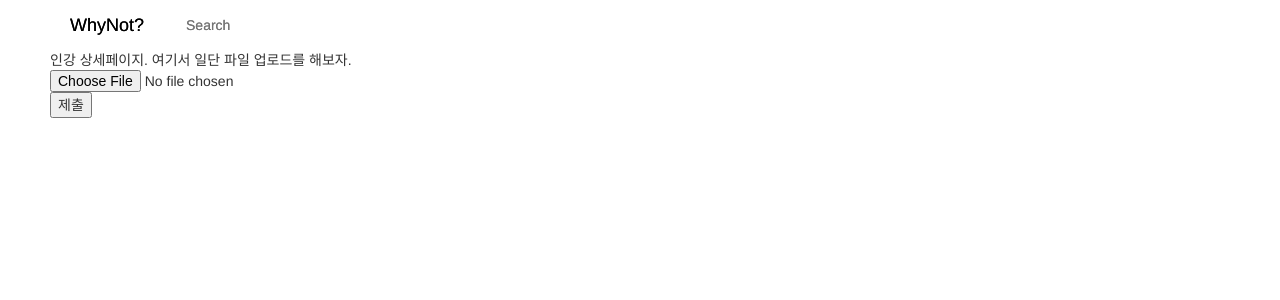
Repository: mychum1/kks
Page: http://localhost/WhyNot/cont_detail.content
The author's editor kept a copy of each file at every save. The page is drawn from the files as they stood at one save, then again after the next save.
The browser window is 1280 px wide. The pictures show the whole page.
The page is served by Tomcat 9. Other server files are loaded and not shown.

Above is the page before, as saved 2016-09-15 07:44:15.

### WhyNot/WebContent/WEB-INF/content-servlet.xml
<?xml version="1.0" encoding="UTF-8"?>
<beans xmlns="http://www.springframework.org/schema/beans"
	xmlns:xsi="http://www.w3.org/2001/XMLSchema-instance"
	xsi:schemaLocation="http://www.springframework.org/schema/beans http://www.springframework.org/schema/beans/spring-beans.xsd">
	<!-- 컨텐츠 관련 서블릿  -->
	<bean id="onlineContentDAO" class="onlinecontent.model.OnlineContentDAOImpl">
	</bean>
	<bean id="onlineCurriculumDAO" class="onlinecurriculum.model.OnlineCurriculumDAOImpl">
	</bean>

	<bean class="controller.ContentController">
		<property name="onlineContentDAO" ref="onlineContentDAO"></property>
		<property name="onlineCurriculumDAO" ref="onlineCurriculumDAO"></property>
	</bean>
</beans>

### WhyNot/WebContent/content/online/cont_detailForm.jsp
<%@ page language="java" contentType="text/html; charset=UTF-8"
	pageEncoding="UTF-8"%>
<%@ include file="../../top.jsp"%>
<!-- css 는 밑에 링크 파일에!! -->
<link href="css/usercont_detail.min.css" rel="stylesheet">
<!-- 경숙이 파트 (인강 상세보기) -->
<!-- 상단 메뉴바가 css로 인해서 윗부분이 겹쳐서 div로  style="padding: px" 줌 -->
<div style="padding:50px">
인강 상세페이지. 여기서 일단 파일 업로드를 해보자.
<form name="f" action="insertMovie." method="post" enctype="multipart/form-data" onsubmit="return writeChk()">
	<input type="file" name="filename" size="15"/>
	<input type="submit" name="submit" value="제출"/>
</form>
</div>
<%@ include file="../../top.jsp"%>

### WhyNot/WebContent/top.jsp
<%@ page language="java" contentType="text/html; charset=UTF-8"
    pageEncoding="UTF-8"%>
<!DOCTYPE html>
<html lang="ko">
<head>
<meta charset="utf-8">
<meta http-equiv="X-UA-Compatible" content="IE=edge">
<meta name="viewport" content="width=device-width, initial-scale=1">
<meta name="description" content="">
<meta name="author" content="">

<!-- Bootstrap Core CSS -->
<link href="css/bootstrap.min.css" rel="stylesheet">

<!-- Custom CSS -->
<link href="css/modern-business.css" rel="stylesheet">

<!-- user CSS -->
<link href="css/usermain.min.css" rel="stylesheet">

<!-- new-age CSS -->
<!-- <link href="css/new-age.min.css" rel="stylesheet"> -->

<!-- Custom Fonts -->
<link href="font-awesome/css/font-awesome.min.css" rel="stylesheet"
   type="text/css">

<link rel="stylesheet" type="text/css" href="css/login.css" />



<!-- IE8 에서 HTML5 요소와 미디어 쿼리를 위한 HTML5 shim 와 Respond.js -->
<!-- WARNING: Respond.js 는 당신이 file:// 을 통해 페이지를 볼 때는 동작하지 않습니다. -->
<!--[if lt IE 9]>
      <script src="https://oss.maxcdn.com/html5shiv/3.7.2/html5shiv.min.js"></script>
      <script src="https://oss.maxcdn.com/respond/1.4.2/respond.min.js"></script>
    <![endif]-->
<title>재능 교육 사이트 - WhyNot?</title>
</head>
<body>
   <!-- 상단 메뉴바 -->
   <nav id="mainNav" class="navbar navbar-default navbar-fixed-top">
      <div class="container">
         <!-- Brand and toggle get grouped for better mobile display -->
         <div class="navbar-header">
            <!-- 모바일 화면시 메뉴 버튼 -->
            <button type="button" class="navbar-toggle collapsed"
               data-toggle="collapse" data-target="#bs-example-navbar-collapse-1">
               <span class="sr-only">Toggle navigation</span> <span
                  class="icon-bar"></span> <span class="icon-bar"></span> <span
                  class="icon-bar"></span>
            </button>

            <!-- 좌측상단 팀명 -->
            <a class="navbar-brand" id="logo" href="main.app">WhyNot?</a>

            <!-- 모바일 화면시 검색버튼 -->
            <button type="button" class="navbar-search" data-toggle="collapse"
               data-target="#search-btn">검색</button>

            <!-- 검색 입력창 -->
            <form class="navbar-form navbar-left" role="search">
               <input type="text" class="form-control-search" placeholder="Search"
                  id="search-btn">
               <!-- <button type="submit" class="btn btn-default">Submit</button> -->
            </form>
         </div>

         <!-- 우측 상단 메뉴 -->
         <div class="collapse navbar-collapse"
            id="bs-example-navbar-collapse-1">
            <ul class="nav navbar-nav navbar-right">
               <li style="padding-top:8px">
                  <a href="login/login.jsp" type="button" id="login"
                     data-toggle="modal"
                     data-target=".bs-example-modal-sm" style="padding-top:8px; border:0; background-color: transparent;">Login</a>
               </li>


               <li><a href="insert.member" id="singup">Singup</a></li>

            </ul>
         </div>
         <!-- /.navbar-collapse -->
      </div>
      <!-- /.container-fluid -->
   </nav>
   <!-- 상단 메뉴바 끝 -->

   <!-- 로그인 - 모달 속성  -->
   <div class="modal fade bs-example-modal-sm" tabindex="-1" role="dialog"
      aria-labelledby="mySmallModalLabel" aria-hidden="true">
      <div class="modal-dialog modal-sm">
         <div class="modal-content">...</div>
      </div>
   </div>

### WhyNot/src/onlinecontent/model/OnlineContentDAO.java
package onlinecontent.model;

import java.util.List;

import member.model.MemberDBBean;


public interface OnlineContentDAO {

	//---- User ---------
	public OnlineContentDBBean getContent(int num); //인강(학교) - 상세보기
	public List<OnlineContentDBBean> listOnlineContent(); //인강(학교) - 전체
	public void insertContent(OnlineContentDBBean dto ,int num); //인강(학교) - 등록
	public void updateContent(OnlineContentDBBean dto ,int num); //인강(학교) - 수정

	//---- 관리자 ---------
	public void sanctionsContent(OnlineContentDBBean dto,int num);//인강(학교) - 제재
	public void deleteContent(OnlineContentDBBean dto ,int num); //인강(학교) - 삭제

}

### WhyNot/src/onlinecontent/model/OnlineContentDAOImpl.java
package onlinecontent.model;

import java.util.List;

public class OnlineContentDAOImpl implements OnlineContentDAO {

	@Override
	public OnlineContentDBBean getContent(int num) {
		// TODO Auto-generated method stub
		return null;
	}

	@Override
	public List<OnlineContentDBBean> listOnlineContent() {
		// TODO Auto-generated method stub
		return null;
	}

	@Override
	public void insertContent(OnlineContentDBBean dto, int num) {
		// TODO Auto-generated method stub

	}

	@Override
	public void updateContent(OnlineContentDBBean dto, int num) {
		// TODO Auto-generated method stub

	}

	@Override
	public void sanctionsContent(OnlineContentDBBean dto, int num) {
		// TODO Auto-generated method stub

	}

	@Override
	public void deleteContent(OnlineContentDBBean dto, int num) {
		// TODO Auto-generated method stub

	}


}

### WhyNot/src/onlinecurriculum/model/OnlineCurriculumDAO.java
package onlinecurriculum.model;

import java.util.List;

public interface OnlineCurriculumDAO {
	public OnlineCurriculumDBBean getCurriculum(int num); //강의실
	public List<OnlineCurriculumDAO> listCurriculum(); //켄텐츠 상세page에서 커리큘럼 목록
	public void insertCurriculum(OnlineCurriculumDBBean dto ,int num); //등록
	public void updateCurriculum(OnlineCurriculumDBBean dto ,int num); //수정
	public void deleteCurriculum(OnlineCurriculumDBBean dto ,int num); //삭제
}

### WhyNot/src/onlinecurriculum/model/OnlineCurriculumDAOImpl.java
package onlinecurriculum.model;

import java.util.List;

public class OnlineCurriculumDAOImpl implements OnlineCurriculumDAO {

	@Override
	public OnlineCurriculumDBBean getCurriculum(int num) {
		// TODO Auto-generated method stub
		return null;
	}

	@Override
	public List<OnlineCurriculumDAO> listCurriculum() {
		// TODO Auto-generated method stub
		return null;
	}

	@Override
	public void insertCurriculum(OnlineCurriculumDBBean dto, int num) {
		// TODO Auto-generated method stub

	}

	@Override
	public void updateCurriculum(OnlineCurriculumDBBean dto, int num) {
		// TODO Auto-generated method stub

	}

	@Override
	public void deleteCurriculum(OnlineCurriculumDBBean dto, int num) {
		// TODO Auto-generated method stub

	}

}

### WhyNot/src/controller/ContentController.java
package controller;

import java.io.IOException;
import java.io.DataOutputStream;
import java.io.File;
import java.io.FileInputStream;
import java.io.InputStream;
import java.io.OutputStream;
import java.util.HashMap;
import java.util.Iterator;
import java.util.List;
import java.util.Map;
import javax.servlet.http.HttpServletRequest;
import javax.servlet.http.HttpServletResponse;
import java.net.Socket;
import org.springframework.stereotype.Controller;
import org.springframework.web.bind.ServletRequestUtils;
import org.springframework.web.bind.annotation.RequestMapping;

import org.springframework.web.servlet.ModelAndView;

import onlinecontent.model.OnlineContentDAO;
import onlinecontent.model.OnlineContentDAOImpl;
import onlinecontent.model.OnlineContentDBBean;
import onlinecurriculum.model.OnlineCurriculumDAO;

import org.apache.commons.fileupload.FileItem;
import org.apache.commons.fileupload.FileUploadException;
import org.apache.commons.fileupload.disk.DiskFileItemFactory;
import org.apache.commons.fileupload.servlet.ServletFileUpload;

@Controller
public class ContentController {

	private OnlineContentDAO onlineContentDAO;
	private OnlineCurriculumDAO onlineCurriculumDAO;


	public void setOnlineContentDAO(OnlineContentDAO onlineContentDAO) {
		this.onlineContentDAO = onlineContentDAO;
	}

	public void setOnlineCurriculumDAO(OnlineCurriculumDAO onlineCurriculumDAO) {
		this.onlineCurriculumDAO = onlineCurriculumDAO;
	}

	// --------------  컨텐츠  -----------------------------------

	@RequestMapping(value = "/list.content")
	public ModelAndView listContent(HttpServletRequest arg0, HttpServletResponse arg1) throws Exception {
		System.out.println("ContentController_listContent() 실행");
		return new ModelAndView("content/contentList.jsp");

	}

	@RequestMapping(value = "/cont_insert.content") // 인강등록Form(학교)
	public ModelAndView insertFormContent(HttpServletRequest arg0, HttpServletResponse arg1) throws Exception {
		System.out.println("ContentController_insertFormContent() 실행");
		return new ModelAndView("content/online/cont_insertForm.jsp");

	}

	@RequestMapping(value = "/cont_insertPro.content") // 인강등록Pro(학교)
	public ModelAndView insertProContent(HttpServletRequest arg0, HttpServletResponse arg1) throws Exception {
		System.out.println("ContentController_insertProContent() 실행");
		return new ModelAndView("content/contentList.jsp"); //나중에 마이페이지로???

	}

	@RequestMapping(value = "/insert.video")
	public ModelAndView insertVideo(HttpServletRequest arg0, HttpServletResponse arg1) throws Exception {

	boolean isMultipart = ServletFileUpload.isMultipartContent(arg0);

		if( isMultipart ) {
			System.out.println("isMultipart if문 진입");
			OnlineContentDBBean dto = new OnlineContentDBBean();
		    File temporaryDir = new File("/video");
		    DiskFileItemFactory factory = new DiskFileItemFactory();
		    System.out.println("factory 생성성공");
		    factory.setSizeThreshold(1 * 1024 * 1024);
		    factory.setRepository(temporaryDir);
		    ServletFileUpload upload = new ServletFileUpload(factory);
		    System.out.println("ServletFileUpload 생성성공");
		    upload.setSizeMax(2 * 1024 * 1024 * 1024);
		    System.out.println("upload.getFileSizeMax()"+upload.getFileSizeMax());
		    System.out.println("upload.getSizeMax()"+upload.getSizeMax());
		    List items = null;
		    try {
		        items = upload.parseRequest(arg0);
		        System.out.println("items받아오기 성공");
		    } catch (FileUploadException fe){
		        System.out.println(fe);
		    }
		    if(items!=null){
		    	System.out.println("items!=null 진입성공");
		        Iterator it = items.iterator();
		        while (it.hasNext()) {
		            FileItem fileItem = (FileItem) it.next();


		                //파일 업로드 처리
		                try{
		                	String fileName = fileItem.getName();
		                	long fileSize = fileItem.getSize()/1024 + (fileItem.getSize()%1024>0?1:0);
		                    File uploadedFile = new File(fileName);
		                    Socket client = new Socket("127.0.0.1", 12345);
		                    System.out.println("서버접속성공!!");
		                    InputStream is = fileItem.getInputStream();
		                    OutputStream os = client.getOutputStream();
		                    DataOutputStream dout = new DataOutputStream(os);

	                    	dout.writeLong(fileSize);
	                    	dout.writeUTF(fileName);
	                    	byte[] buffer = new byte[1024];

	                    	int len;
	                    	System.out.println("파일전송중..");
	                    	for(;fileSize>0;fileSize--) {
		                    	len = is.read(buffer);
		                    	os.write(buffer, 0, len);
	                    	}
	                    	System.out.println("파일전송완료!!");
		                } catch(Exception e){
		                    System.out.println(e);
		                }

		        }
		    }
		    //new OnlineContentDAOImpl.insertBoard(dto);
		}
		//return new ModelAndView("redirect:board_list.do");

		return new ModelAndView("content/online/cont_detailForm.jsp");
	}
//cont_detail.content
	@RequestMapping(value = "/cont_detail.content") // 인강 상세보기
	public ModelAndView detailContent(HttpServletRequest arg0, HttpServletResponse arg1) throws Exception {
		System.out.println("ContentController_detailContent() 실행");
		//여기



		return new ModelAndView("content/online/cont_detailForm.jsp");

	}

	// --------------  커리큘럼 -----------------------------------

	@RequestMapping(value = "/curri_insert.content") // 커리큘럼 등록
	public ModelAndView insertFormCurri(HttpServletRequest arg0, HttpServletResponse arg1) throws Exception {
		System.out.println("ContentController_insertFormCurri() 실행");
		return new ModelAndView("content/online/cont_insertForm.jsp");

	}

	@RequestMapping(value = "/curri_insertPro.content") // 커리큘럼 등록Pro
	public ModelAndView insertProCurri(HttpServletRequest arg0, HttpServletResponse arg1) throws Exception {
		System.out.println("ContentController_insertProCurri() 실행");
		return new ModelAndView("content/contentList.jsp"); //나중에 자신이 올린 강좌(학교) 상세페이지로 수정

	}

	@RequestMapping(value = "/curri_detail.content") // 강의실Form
	public ModelAndView detailCurri(HttpServletRequest arg0, HttpServletResponse arg1) throws Exception {
		System.out.println("ContentController_detailCurri() 실행");
		return new ModelAndView("content/online/curr_detailForm.jsp");

	}
}

### WhyNot/WebContent/css/modern-business.css
/*!
 * Start Bootstrap - Modern Business (http://startbootstrap.com/)
 * Copyright 2013-2016 Start Bootstrap
 * Licensed under MIT (https://github.com/BlackrockDigital/startbootstrap/blob/gh-pages/LICENSE)
 */

/* Global Styles */
html, body {
	height: 100%;
}

body {
	padding-top: 0px;
	/* Required padding for .navbar-fixed-top. Remove if using .navbar-static-top. Change if height of navigation changes. */
}

.img-portfolio {
	margin-bottom: 30px;
}

.img-hover:hover {
	opacity: 0.8;
}

/* Home Page Carousel */
header.carousel {
	height: 40%;
}

header.carousel .item, header.carousel .item.active, header.carousel .carousel-inner
	{
	height: 100%;
}

header.carousel .fill {
	width: 100%;
	height: 100%;
	background-position: center;
	background-size: cover;
}

/* 404 Page Styles */
.error-404 {
	font-size: 100px;
}

/* Pricing Page Styles */
.price {
	display: block;
	font-size: 50px;
	line-height: 50px;
}

.price sup {
	top: -20px;
	left: 2px;
	font-size: 20px;
}

.period {
	display: block;
	font-style: italic;
}

/* Footer Styles */
footer {
	margin: 50px 0;
}

/* Responsive Styles */
@media ( max-width :991px) {
	.customer-img, .img-related {
		margin-bottom: 30px;
	}
}

@media ( max-width :767px) {
	.img-portfolio {
		margin-bottom: 15px;
	}
	header.carousel .carousel {
		height: 70%;
	}
}

### WhyNot/WebContent/css/login.css
@CHARSET "UTF-8";

* {
   -webkit-box-sizing: border-box;
      -moz-box-sizing: border-box;
           box-sizing: border-box;
   outline: none;
}

.login-form {
   max-width: 350px;
   font: 16px/1.6em Lato, serif;
}
   .login-form .panel {
      border: none;
      border-radius: 5px;
       -moz-border-radius: 5px;
       -webkit-border-radius: 5px;
   }
      .login-form .panel .panel-heading {
         color: #fff;
         background: #102434;
         text-align: center;
         line-height: 2.5em;
         font-weight: bold;
         font-size: 14px;
         border-top-left-radius: 5px;
         border-top-right-radius: 5px;
         -webkit-border-top-left-radius: 5px;
           -moz-border-radius-topleft: 5px;
           -webkit-border-top-right-radius: 5px;
           -moz-border-radius-topright: 5px;
      }
      .login-form .panel .panel-body {
         background: #f2f2f2;
         padding: 36px 26px;
         border-bottom-left-radius: 5px;
         border-bottom-right-radius: 5px;
         -webkit-border-bottom-left-radius: 5px;
           -moz-border-radius-bottomleft: 5px;
           -webkit-border-bottom-right-radius: 5px;
           -moz-border-radius-bottomright: 5px;
   }

form[role=login] {
   color: #5d5d5d;
}
   form[role=login] input,
   form[role=login] button {
      font-size: 14px;
      font-weight: bold;
   }
   form[role=login] input[type="email"] {
         margin-bottom: -4px !important;
         border-bottom-right-radius: 0;
         border-bottom-left-radius: 0;
      -webkit-border-bottom-left-radius: 0;
        -moz-border-radius-bottomleft: 0;
        -webkit-border-bottom-right-radius: 0;
        -moz-border-radius-bottomright: 0;
         border: 3px solid #89d1fb;
         color: #89d1fb;
    }
    form[role=login] input[type="password"] {
         margin-bottom: 10px;
         border-top-left-radius: 0;
         border-top-right-radius: 0;
      -webkit-border-top-left-radius: 0;
        -moz-border-radius-topleft: 0;
        -webkit-border-top-right-radius: 0;
        -moz-border-radius-topright: 0;
         border: 3px solid #89d1fb;
         color: #89d1fb;
    }
   form[role=login] input:first-child, form[role=login] input:first-child:active {
      border-bottom: 1px solid #89d1fb;
   }
      form[role=login] input::-webkit-input-placeholder {
         color: #89d1fb;
      }
      form[role=login] input:-moz-placeholder {
         color: #89d1fb;
      }
      form[role=login] input::-moz-placeholder {
         color: #89d1fb;
      }
      form[role=login] input:-ms-input-placeholder {
         color: #89d1fb;
      }
   form[role=login] button.btn-block {
      margin: 25px 0 30px 0;
   }

.form-links {
   margin: 0;
}
   .form-links a {
      line-height: 2.1em;
   }
   .form-links span {
      display: inline-block;
      margin-right: 10px;
   }

.external-links {
   font-size: 15px;
   text-align: center;
   color: #fff;
   margin-top: 1em;
   margin-bottom: 50px;
}

### WhyNot/WebContent/css/usercont_detail.min.css
#logo{
	color:black
}

#login{
	display: none
}

#singup{
	display: none
}

#chkbox1{
	margin-left: 20px
}

Loaded but not shown: WhyNot/WebContent/css/bootstrap.min.css (library); WhyNot/WebContent/css/usermain.min.css (library)

After the next save:
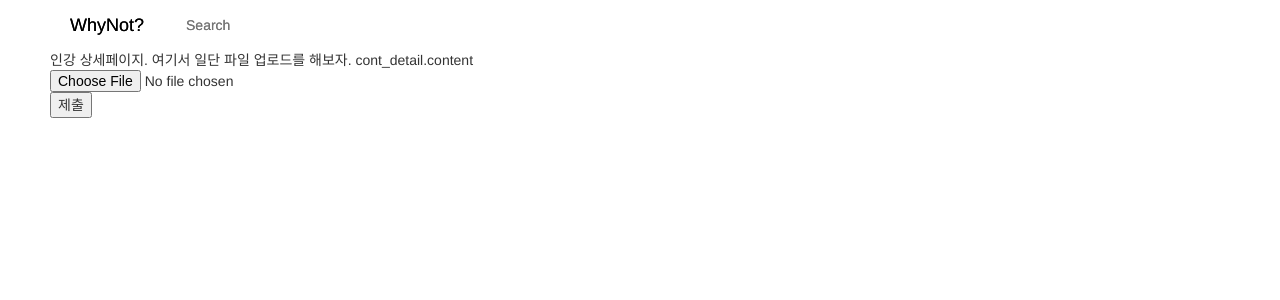
Saved 10 s later.
--- a/WhyNot/WebContent/content/online/cont_detailForm.jsp
+++ b/WhyNot/WebContent/content/online/cont_detailForm.jsp
@@ -7,7 +7,8 @@
 <!-- 상단 메뉴바가 css로 인해서 윗부분이 겹쳐서 div로  style="padding: px" 줌 -->
 <div style="padding:50px">
 인강 상세페이지. 여기서 일단 파일 업로드를 해보자.
-<form name="f" action="insertMovie." method="post" enctype="multipart/form-data" onsubmit="return writeChk()">
+cont_detail.content
+<form name="f" action="insert.video" method="post" enctype="multipart/form-data" onsubmit="return writeChk()">
 	<input type="file" name="filename" size="15"/>
 	<input type="submit" name="submit" value="제출"/>
 </form>
